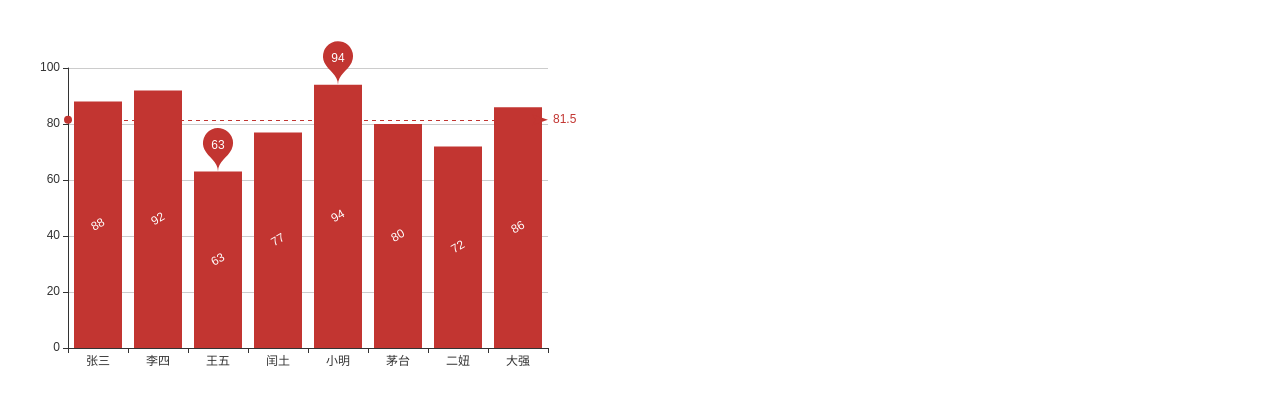
Repository: lm101845/LearnDataVisualization
Page: 02-Echarts/02-代码手敲/03.柱状图的实现.html
An editor plug-in stored every save of this project. The page is shown before and after the next save, followed by the edit.
The browser window is 1280 px wide. The pictures show the whole page.

Above is the page before, as saved 2022-03-09 23:58:06.

### 02-Echarts/02-代码手敲/03.柱状图的实现.html
<!--
 * @Author: liming
 * @Date: 2022-03-09 23:29:46
 * @LastEditTime: 2022-03-09 23:29:46
 * @FilePath: \02-Echarts\02-代码手敲\03.柱状图的实现.html
-->
<!--
    1. ECharts最基本的代码结构
    2. x轴数据:['张三', '李四', '王五', '闰土', '小明', '茅台', '二妞', '大强']
    3. y轴数据:[88, 92, 63, 77, 94, 80, 72, 86]
    4. 将type的值设置为bar
 -->
<!DOCTYPE html>
<html lang="en">

<head>
    <meta charset="UTF-8">
    <meta http-equiv="X-UA-Compatible" content="IE=edge">
    <meta name="viewport" content="width=device-width, initial-scale=1.0">
    <title>Document</title>
    <!-- 1.引入 -->
    <script src="lib/echarts.min.js"></script>
</head>

<body>
    <!-- 2.准备盒子 -->
    <div style="width: 600px;height:400px"></div>
    <script>
        // 3.初始化echarts实例对象
        let myCharts = echarts.init(document.querySelector("div"))

        let xDataArr = ['张三', '李四', '王五', '闰土', '小明', '茅台', '二妞', '大强']
        let yDataArr = [88, 92, 63, 77, 94, 80, 72, 86]
            //4.准备配置项——除了这一步，其他代码都是一模一样的
            //option就配置3个东西：x轴，y轴，series
            //其中x,y都是对象,而series是一个数组，数组里面是一个一个对象
        let options = {
                //x轴是分类轴
                xAxis: {
                    type: 'category',
                    data: xDataArr
                },
                //y轴是数值轴,data可以不写在y轴上面，因为y轴的数据是由series决定的
                yAxis: {
                    type: 'value'
                },
                series: [{
                    name: '语文',
                    type: 'bar', //bar表示柱状图
                    data: yDataArr,
                    //最大值\最小值  markPoint
                    markPoint: {
                        data: [{
                            type: 'max',
                            name: '最大值'
                        }, {
                            type: 'min',
                            name: '最小值'
                        }]
                    },
                    //平均值  markLine
                    markLine: {
                        data: [{
                            type: 'average',
                            name: '平均值'
                        }]

                    },
                    //数值显示  label
                    label: {
                        show: true,
                        rotate: 30 // 旋转角度
                    }
                }]
            }
            //5.将配置项设置给echarts实例对象
        myCharts.setOption(options)
    </script>
</body>

</html>

Loaded but not shown: 02-Echarts/02-代码手敲/lib/echarts.min.js (library)

After the next save:
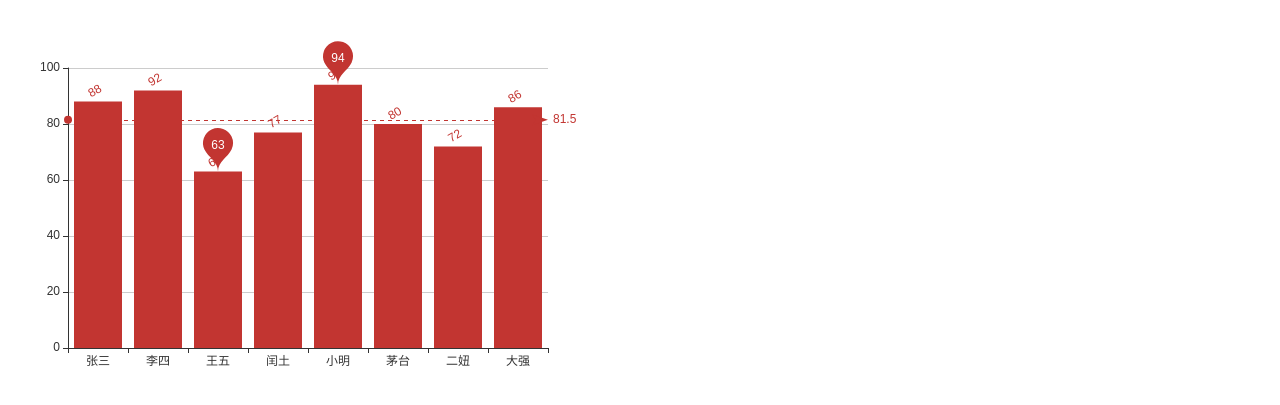
Saved 105 s later.
--- a/02-Echarts/02-代码手敲/03.柱状图的实现.html
+++ b/02-Echarts/02-代码手敲/03.柱状图的实现.html
@@ -69,7 +69,8 @@
                     //数值显示  label
                     label: {
                         show: true,
-                        rotate: 30 // 旋转角度
+                        rotate: 30, // 旋转角度
+                        position: 'top', // 标签的位置
                     }
                 }]
             }

After the save that followed:
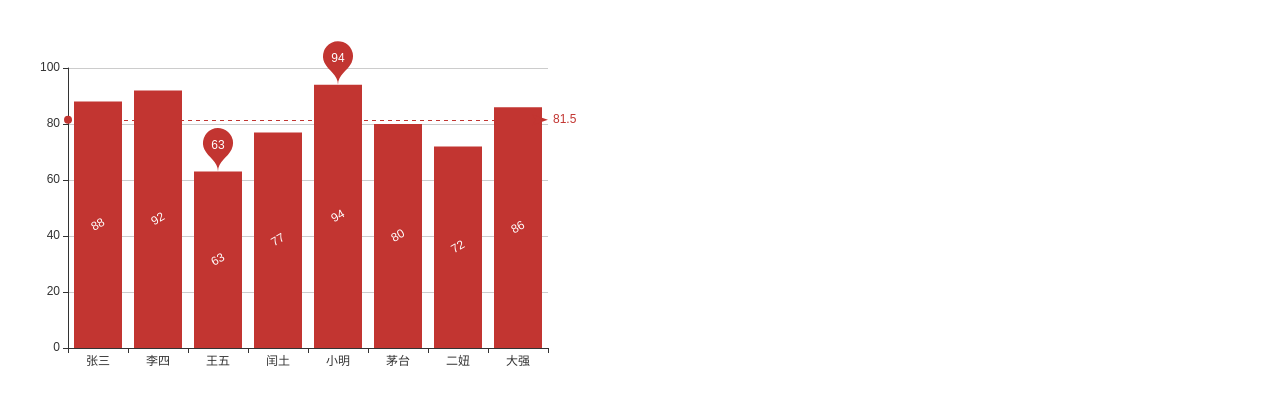
Saved 15 s later.
--- a/02-Echarts/02-代码手敲/03.柱状图的实现.html
+++ b/02-Echarts/02-代码手敲/03.柱状图的实现.html
@@ -70,7 +70,7 @@
                     label: {
                         show: true,
                         rotate: 30, // 旋转角度
-                        position: 'top', // 标签的位置
+                        //position: 'top', // 标签的位置
                     }
                 }]
             }
